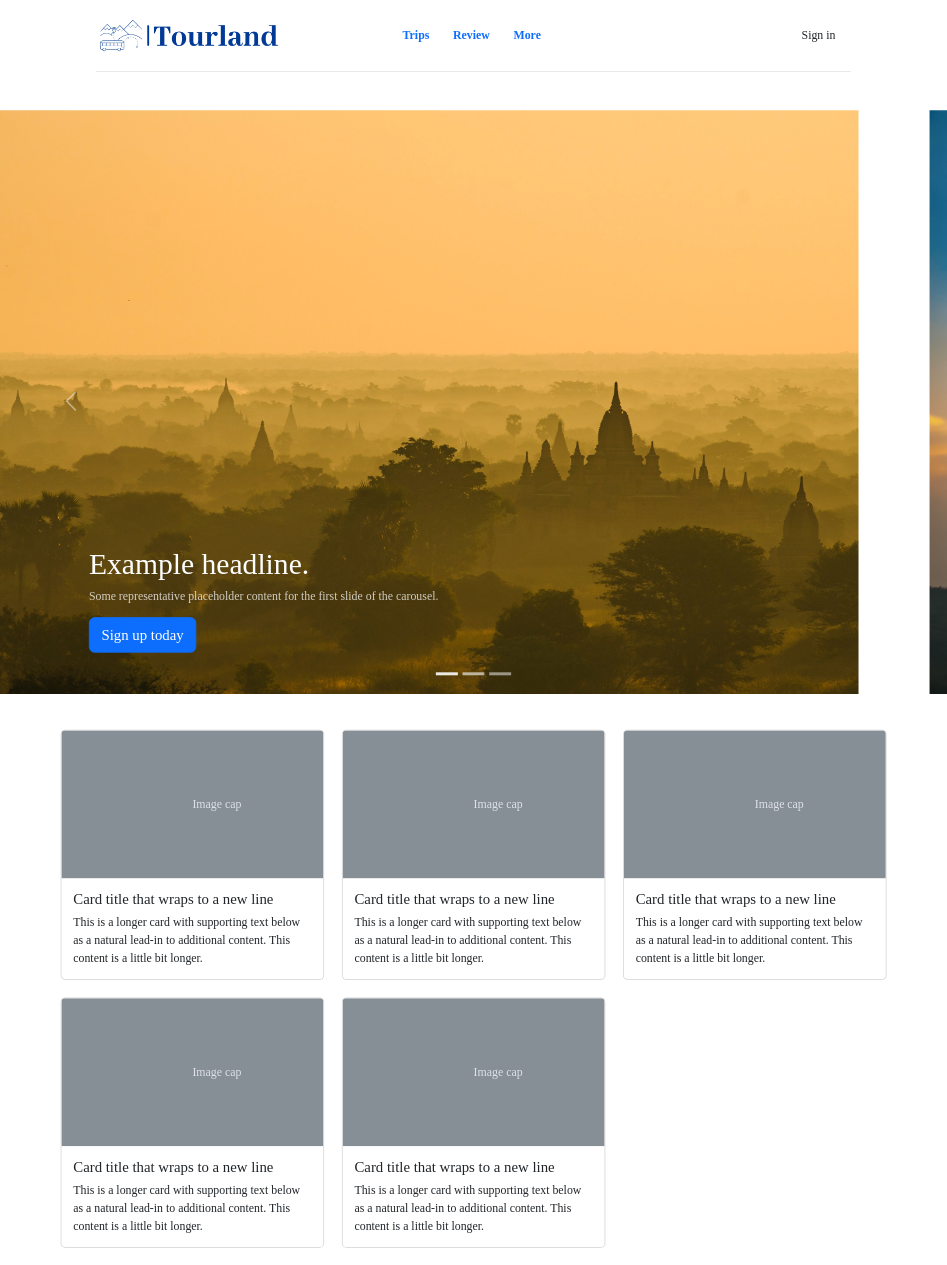
Repository: nyeinsu4520/tourland
Page: http://localhost/index
An editor plug-in stored every save of this project. The page is shown before and after the next save, followed by the edit.
The browser window is 1280 px wide. The pictures show the whole page, at 74% of full size.
Some web fonts or font styles are not loaded; a fallback is used. The page is this project's Thymeleaf template; nobody is signed in. The template is opened directly, without the code that normally fills it, so the values that code supplies are empty.

Above is the page before, as saved 2024-05-31 17:15:28.

### Tourland/src/main/resources/templates/index.html
<!DOCTYPE html>
<html>
<head>
<meta charset="ISO-8859-1">
<title>Insert title here</title>

	<link rel="icon" href="img/tourland2.png" type="image/png" />
    <link rel="stylesheet" href="./bootstrap/css/bootstrap.min.css" />
    <script src="./bootstrap/js/bootstrap.bundle.min.js"></script>
    <link href="https://cdnjs.cloudflare.com/ajax/libs/font-awesome/6.5.2/css/all.min.css"/>
    <link rel="stylesheet" href="style.css" />
    <style>
      #google_translate_element {
          display: none;
      }
  </style>
</head>
<body>

<div class="container">
      <header
        class="d-flex flex-wrap align-items-center justify-content-center justify-content-md-between py-3 mx-5 border-bottom"
      >
        <div class="col-md-auto mb-2 mb-md-0">
          <img class="logo" src="/image/img/tourland1.png" alt="" width="230px" />
        </div>

        <ul class="nav col-12 col-md-auto mb-2 justify-content-center mb-md-0">
          <li class="nav-item dropdown">
            <a
              class="nav-link fw-bold py-1 px-0 m-3 active"
              href="#"
              data-bs-toggle="dropdown"
              aria-expanded="false"
              >Trips</a
            >
            <ul class="dropdown-menu ">
              <li><a class="dropdown-item" href="#">One day Trip</a></li>
              <li><a class="dropdown-item" href="#">One Week Trip</a></li>
              <li><a class="dropdown-item" href="#">View my Trips</a></li>
            </ul>
          </li>
          <li class="nav-item dropdown">
            <a
              class="nav-link fw-bold py-1 px-0 m-3 active"
              href="#"
              data-bs-toggle="dropdown"
              aria-expanded="false"
              >Review</a
            >
            <ul class="dropdown-menu">
              <li><a class="dropdown-item" href="#">Write a Review</a></li>
              <li><a class="dropdown-item" href="#">Post a Photo</a></li>
              <li><a class="dropdown-item" href="#">Review Comments</a></li>
            </ul>
          </li>
          <li class="nav-item dropdown">
            <a
              class="nav-link nav-link-active fw-bold py-1 px-0 m-3 active"
              href="#"
              data-bs-toggle="dropdown"
              aria-expanded="false"
              >More</a
            >
            <ul class="dropdown-menu">
              <li><a class="dropdown-item" href="#">Restaurant</a></li>
              <li><a class="dropdown-item" href="#">Hotel</a></li>
              <li><a class="dropdown-item" href="#">Rental Cars</a></li>
            </ul>
          </li>
        </ul>

        <div class="col-md-3 text-end">
          <button type="button" class="btn btn-outline-first me-2">
            Sign in
          </button>
        </div>
      </header>
</div>

<div id="myCarousel" class="carousel slide mt-5 pt-1 mb-6" data-bs-ride="carousel">
      <div class="carousel-indicators">
        <button type="button" data-bs-target="#myCarousel" data-bs-slide-to="0" class="active" aria-current="true" aria-label="Slide 1"></button>
        <button type="button" data-bs-target="#myCarousel" data-bs-slide-to="1" aria-label="Slide 2"></button>
        <button type="button" data-bs-target="#myCarousel" data-bs-slide-to="2" aria-label="Slide 3"></button>
      </div>
      <div class="carousel-inner">
        <div class="carousel-item active">
          <img class="px-5" src="./image/img/bagan1.jpg" width="100%" >
          <div class="container">
            <div class="carousel-caption text-start">
              <h1>Example headline.</h1>
              <p class="opacity-75">Some representative placeholder content for the first slide of the carousel.</p>
              <p><a class="btn btn-lg btn-primary" href="#">Sign up today</a></p>
            </div>
          </div>
        </div>
        <div class="carousel-item">
          <img class="px-5" src="./image/img/kyitehtiyo.jfif" width="100%" >
          <div class="container">
            <div class="carousel-caption">
              <h1>Another example headline.</h1>
              <p>Some representative placeholder content for the second slide of the carousel.</p>
              <p><a class="btn btn-lg btn-primary" href="#">Learn more</a></p>
            </div>
          </div>
        </div>
        <div class="carousel-item">
           <img class="px-5" src="./image/img/shwesikhone.jpg" width="100%" >
          <div class="container">
            <div class="carousel-caption text-end">
              <h1>One more for good measure.</h1>
              <p>Some representative placeholder content for the third slide of this carousel.</p>
              <p><a class="btn btn-lg btn-primary" href="#">Browse gallery</a></p>
            </div>
          </div>
        </div>
      </div>
      <button class="carousel-control-prev" type="button" data-bs-target="#myCarousel" data-bs-slide="prev">
        <span class="carousel-control-prev-icon" aria-hidden="true"></span>
        <span class="visually-hidden">Previous</span>
      </button>
      <button class="carousel-control-next" type="button" data-bs-target="#myCarousel" data-bs-slide="next">
        <span class="carousel-control-next-icon" aria-hidden="true"></span>
        <span class="visually-hidden">Next</span>
      </button>
    </div>

	<div class="container mt-5">
	<div class="row">
	<div class="col-sm-6 col-lg-4 mb-4">
      <div class="card">
        <svg class="bd-placeholder-img card-img-top" width="100%" height="200" xmlns="http://www.w3.org/2000/svg" role="img" aria-label="Placeholder: Image cap" preserveAspectRatio="xMidYMid slice" focusable="false"><title>Placeholder</title><rect width="100%" height="100%" fill="#868e96"/><text x="50%" y="50%" fill="#dee2e6" dy=".3em">Image cap</text></svg>
        <div class="card-body">
          <h5 class="card-title">Card title that wraps to a new line</h5>
          <p class="card-text">This is a longer card with supporting text below as a natural lead-in to additional content. This content is a little bit longer.</p>
        </div>
      </div>
    </div>
    <div class="col-sm-6 col-lg-4 mb-4">
      <div class="card">
        <svg class="bd-placeholder-img card-img-top" width="100%" height="200" xmlns="http://www.w3.org/2000/svg" role="img" aria-label="Placeholder: Image cap" preserveAspectRatio="xMidYMid slice" focusable="false"><title>Placeholder</title><rect width="100%" height="100%" fill="#868e96"/><text x="50%" y="50%" fill="#dee2e6" dy=".3em">Image cap</text></svg>
        <div class="card-body">
          <h5 class="card-title">Card title that wraps to a new line</h5>
          <p class="card-text">This is a longer card with supporting text below as a natural lead-in to additional content. This content is a little bit longer.</p>
        </div>
      </div>
    </div>
    <div class="col-sm-6 col-lg-4 mb-4">
      <div class="card">
        <svg class="bd-placeholder-img card-img-top" width="100%" height="200" xmlns="http://www.w3.org/2000/svg" role="img" aria-label="Placeholder: Image cap" preserveAspectRatio="xMidYMid slice" focusable="false"><title>Placeholder</title><rect width="100%" height="100%" fill="#868e96"/><text x="50%" y="50%" fill="#dee2e6" dy=".3em">Image cap</text></svg>
        <div class="card-body">
          <h5 class="card-title">Card title that wraps to a new line</h5>
          <p class="card-text">This is a longer card with supporting text below as a natural lead-in to additional content. This content is a little bit longer.</p>
        </div>
      </div>
    </div>
    <div class="col-sm-6 col-lg-4 mb-4">
      <div class="card">
        <svg class="bd-placeholder-img card-img-top" width="100%" height="200" xmlns="http://www.w3.org/2000/svg" role="img" aria-label="Placeholder: Image cap" preserveAspectRatio="xMidYMid slice" focusable="false"><title>Placeholder</title><rect width="100%" height="100%" fill="#868e96"/><text x="50%" y="50%" fill="#dee2e6" dy=".3em">Image cap</text></svg>
        <div class="card-body">
          <h5 class="card-title">Card title that wraps to a new line</h5>
          <p class="card-text">This is a longer card with supporting text below as a natural lead-in to additional content. This content is a little bit longer.</p>
        </div>
      </div>
    </div>
    <div class="col-sm-6 col-lg-4 mb-4">
      <div class="card">
        <svg class="bd-placeholder-img card-img-top" width="100%" height="200" xmlns="http://www.w3.org/2000/svg" role="img" aria-label="Placeholder: Image cap" preserveAspectRatio="xMidYMid slice" focusable="false"><title>Placeholder</title><rect width="100%" height="100%" fill="#868e96"/><text x="50%" y="50%" fill="#dee2e6" dy=".3em">Image cap</text></svg>
        <div class="card-body">
          <h5 class="card-title">Card title that wraps to a new line</h5>
          <p class="card-text">This is a longer card with supporting text below as a natural lead-in to additional content. This content is a little bit longer.</p>
        </div>
      </div>
    </div>

    </div>

	</div>



</body>
</html>

### Tourland/src/main/resources/static/image/img/style.css
@import url('https://fonts.googleapis.com/css2?family=Jersey+20&family=Jersey+25&family=Josefin+Sans:ital,wght@0,100..700;1,100..700&family=Noto+Sans+Myanmar:wght@100;200;300;400;500;600;700;800;900&family=Nunito+Sans:ital,opsz,wght@0,6..12,200..1000;1,6..12,200..1000&family=Platypi:ital,wght@0,300..800;1,300..800&display=swap');


.nunito-sans {
    font-family: "Nunito Sans", sans-serif;
    font-optical-sizing: auto;
    font-style: normal;
    font-variation-settings:
      "wdth" 100,
      "YTLC" 500;
  }


  *  {
    font-family: "Nunito Sans";

}


.logo{
    width: 250px;
}

Loaded but not shown: Tourland/src/main/resources/static/bootstrap/css/bootstrap.min.css (library); Tourland/src/main/resources/static/bootstrap/js/bootstrap.bundle.min.js (library)

After the next save:
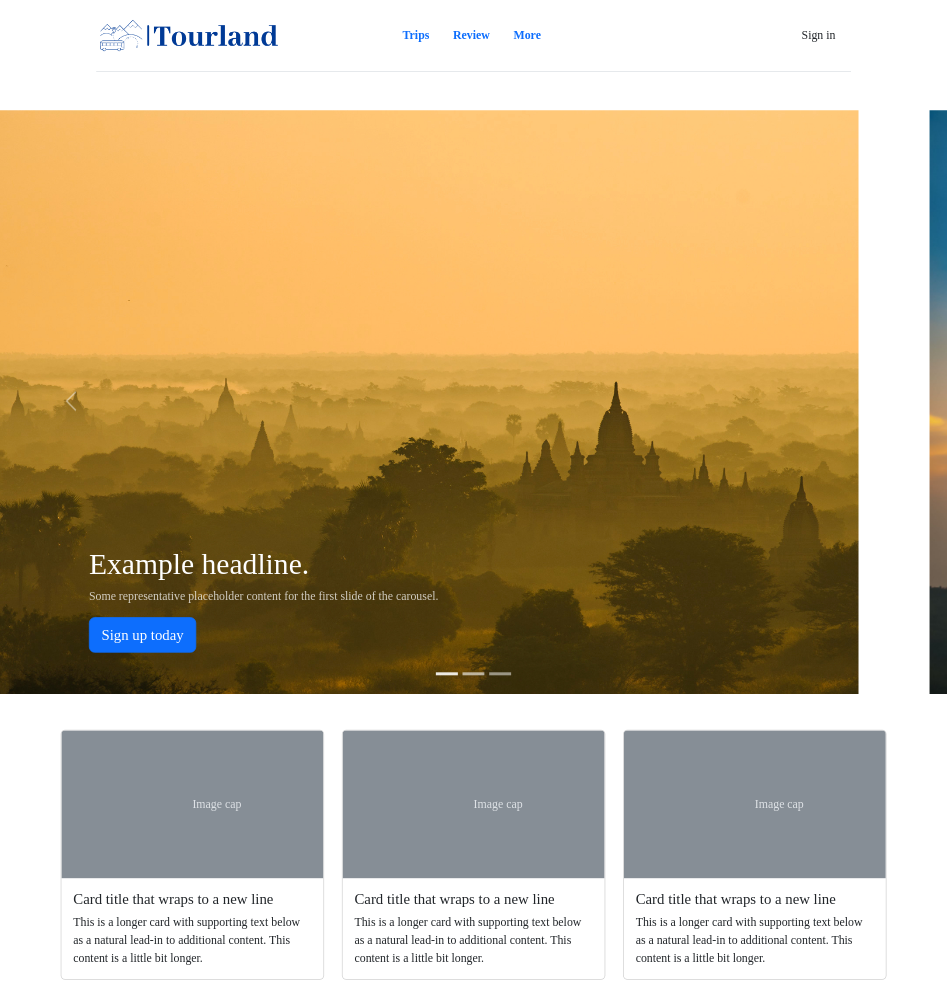
Saved 44 s later.
--- a/Tourland/src/main/resources/templates/index.html
+++ b/Tourland/src/main/resources/templates/index.html
@@ -155,25 +155,6 @@
         </div>
       </div>
     </div>
-    <div class="col-sm-6 col-lg-4 mb-4">
-      <div class="card">
-        <svg class="bd-placeholder-img card-img-top" width="100%" height="200" xmlns="http://www.w3.org/2000/svg" role="img" aria-label="Placeholder: Image cap" preserveAspectRatio="xMidYMid slice" focusable="false"><title>Placeholder</title><rect width="100%" height="100%" fill="#868e96"/><text x="50%" y="50%" fill="#dee2e6" dy=".3em">Image cap</text></svg>
-        <div class="card-body">
-          <h5 class="card-title">Card title that wraps to a new line</h5>
-          <p class="card-text">This is a longer card with supporting text below as a natural lead-in to additional content. This content is a little bit longer.</p>
-        </div>
-      </div>
-    </div>
-    <div class="col-sm-6 col-lg-4 mb-4">
-      <div class="card">
-        <svg class="bd-placeholder-img card-img-top" width="100%" height="200" xmlns="http://www.w3.org/2000/svg" role="img" aria-label="Placeholder: Image cap" preserveAspectRatio="xMidYMid slice" focusable="false"><title>Placeholder</title><rect width="100%" height="100%" fill="#868e96"/><text x="50%" y="50%" fill="#dee2e6" dy=".3em">Image cap</text></svg>
-        <div class="card-body">
-          <h5 class="card-title">Card title that wraps to a new line</h5>
-          <p class="card-text">This is a longer card with supporting text below as a natural lead-in to additional content. This content is a little bit longer.</p>
-        </div>
-      </div>
-    </div>
-
     </div>
 
 	</div>
